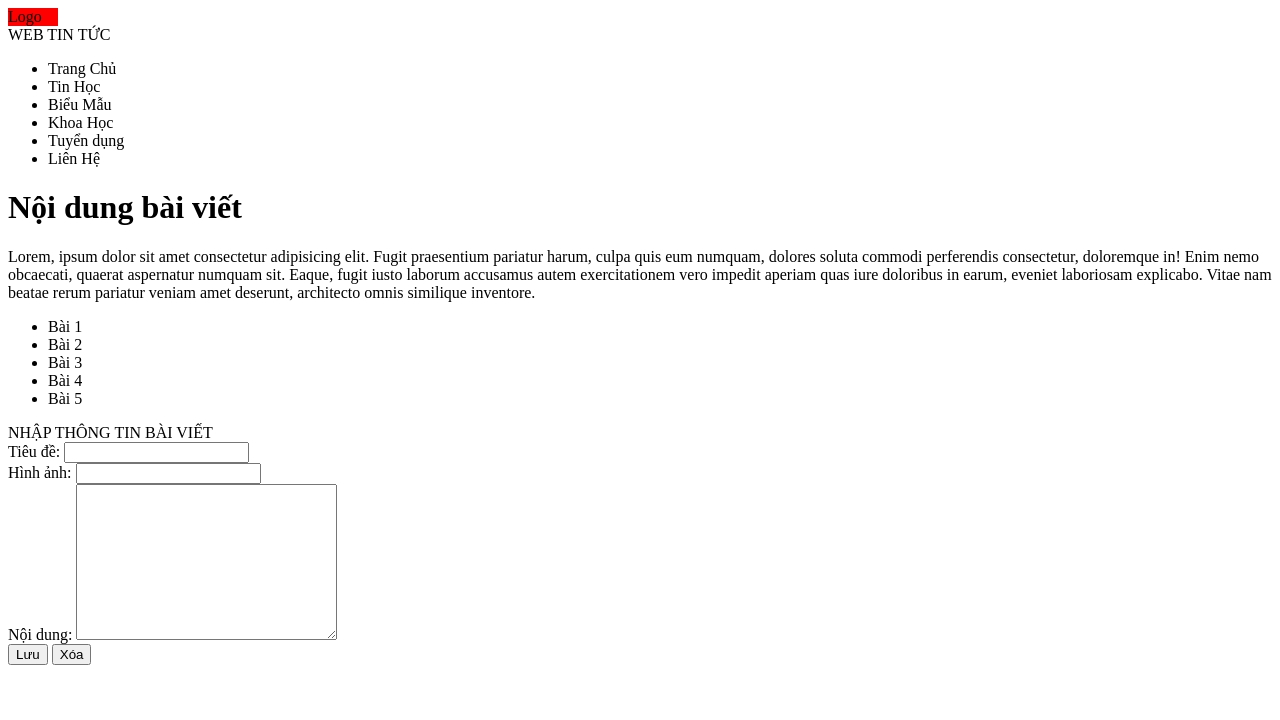
Repository: AnhDuc0125/HTML-Aptech
Page: bt2217/index.html
An editor plug-in stored every save of this project. The page is shown before and after the next save, followed by the edit.
The browser window is 1280 px wide. The pictures show the whole page.

Above is the page before, as saved 2021-12-25 12:37:14.

### bt2217/index.html
<!DOCTYPE html>
<html lang="en">
<head>
    <meta charset="UTF-8">
    <meta http-equiv="X-UA-Compatible" content="IE=edge">
    <meta name="viewport" content="width=device-width, initial-scale=1.0">
    <link rel="stylesheet" href="style.css">
    <title>Web quản lý tin tức</title>
</head>
<body>
    <header>
        <div class="header-top">
            <div class="header-top_left">Logo</div>
            <div class="header-top_right">WEB TIN TỨC</div>
        </div>
        <nav>
            <ul>
                <li>Trang Chủ</li>
                <li>Tin Học</li>
                <li>Biểu Mẫu</li>
                <li>Khoa Học</li>
                <li>Tuyển dụng</li>
                <li>Liên Hệ</li>
            </ul>
        </nav>
    </header>
    <main>
        <div class="main_left">
            <h1>Nội dung bài viết</h1>
            <p>Lorem, ipsum dolor sit amet consectetur adipisicing elit. Fugit praesentium pariatur harum, culpa quis eum numquam, dolores soluta commodi perferendis consectetur, doloremque in! Enim nemo obcaecati, quaerat aspernatur numquam sit.
            Eaque, fugit iusto laborum accusamus autem exercitationem vero impedit aperiam quas iure doloribus in earum, eveniet laboriosam explicabo. Vitae nam beatae rerum pariatur veniam amet deserunt, architecto omnis similique inventore.</p>
        </div>
        <div class="main_right">
            <div class="main_right-inner">
                <ul>
                    <li>Bài 1</li>
                    <li>Bài 2</li>
                    <li>Bài 3</li>
                    <li>Bài 4</li>
                    <li>Bài 5</li>
                </ul>
            </div>
        </div>
    </main>
    <footer>
        NHẬP THÔNG TIN BÀI VIẾT
        <form>
            <div class="form-inner">
                <label for="">Tiêu đề: </label>
                <input type="text">
            </div>
            <div class="form-inner">
                <label for="">Hình ảnh: </label>
                <input type="text">
            </div>
            <div class="form-inner">
                <label for="">Nội dung: </label>
                <textarea name="" id="" cols="30" rows="10"></textarea>
            </div>
            <div class="form-inner">
                <button type="submit">Lưu</button>
                <button type="reset">Xóa</button>
            </div>
        </form>
    </footer>
</body>
</html>

### bt2217/style.css
.header-top_left {
    background-color: red;
    display: inline-block;
    width: 50px;
}

After the next save:
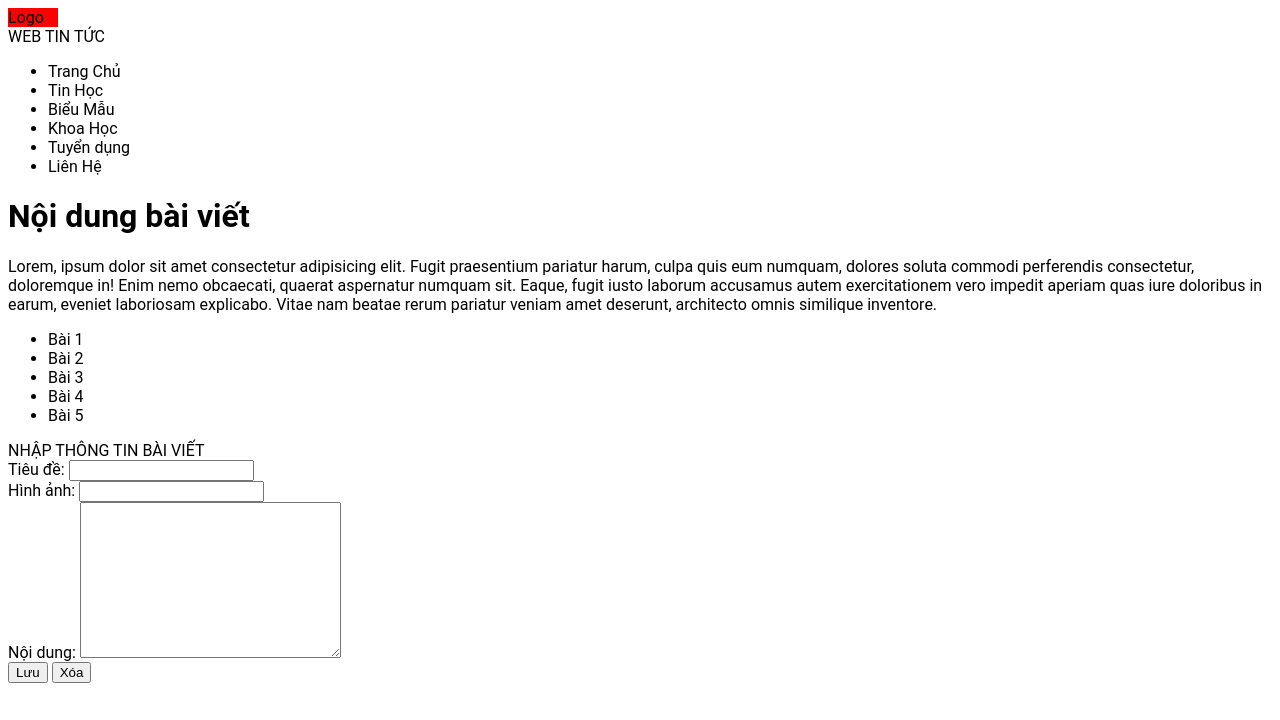
Saved 15 s later.
--- a/bt2217/style.css
+++ b/bt2217/style.css
@@ -1,3 +1,7 @@
+body {
+    font-family: roboto;
+}
+
 .header-top_left {
     background-color: red;
     display: inline-block;
